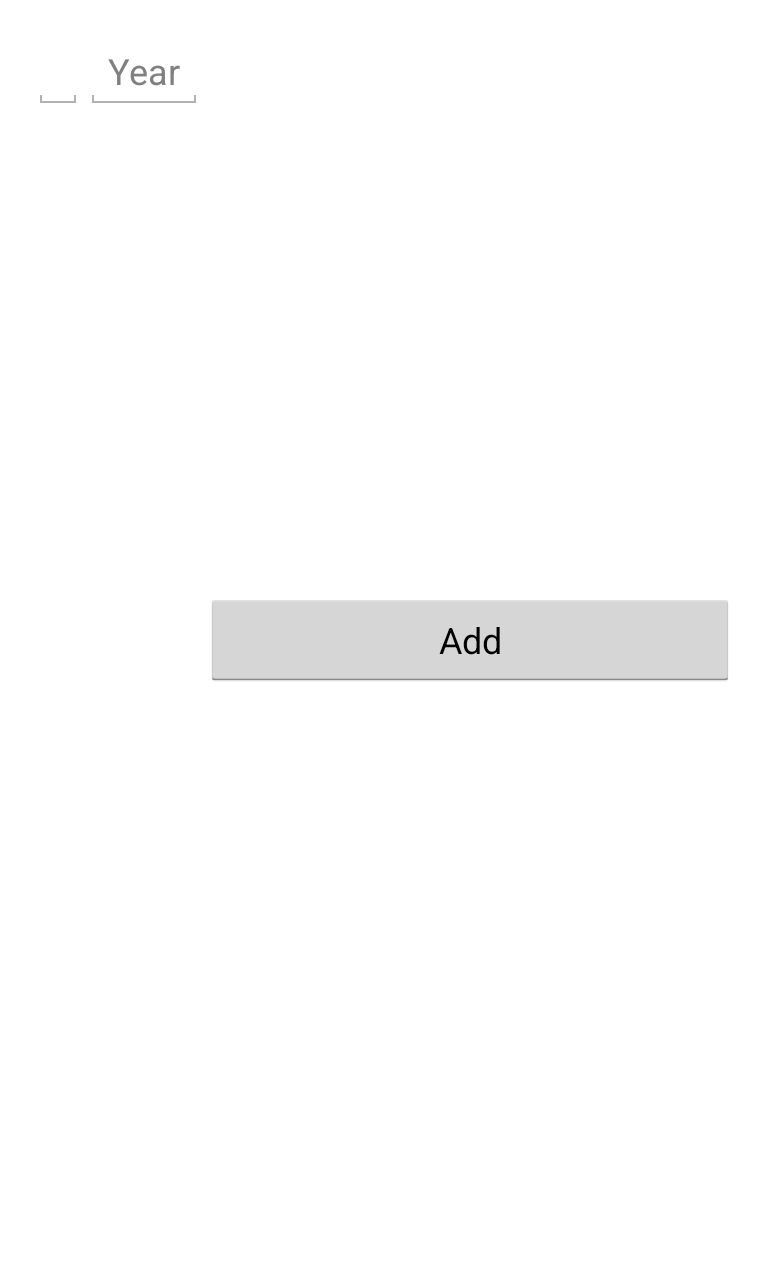
Repository: me222rs/AndroidLab1
Layout: MyCountries/res/layout/activity_my_counties.xml
The author's editor kept a copy of each file at every save. The layout is drawn from the files as they stood at one save, then again after the next save.
It is drawn on a 768 x 1280 px phone screen (xhdpi) without system bars, with theme AppTheme; the app's code is not run.

Above is the layout before, as saved 2014-11-19 10:01:33.

After the next save:
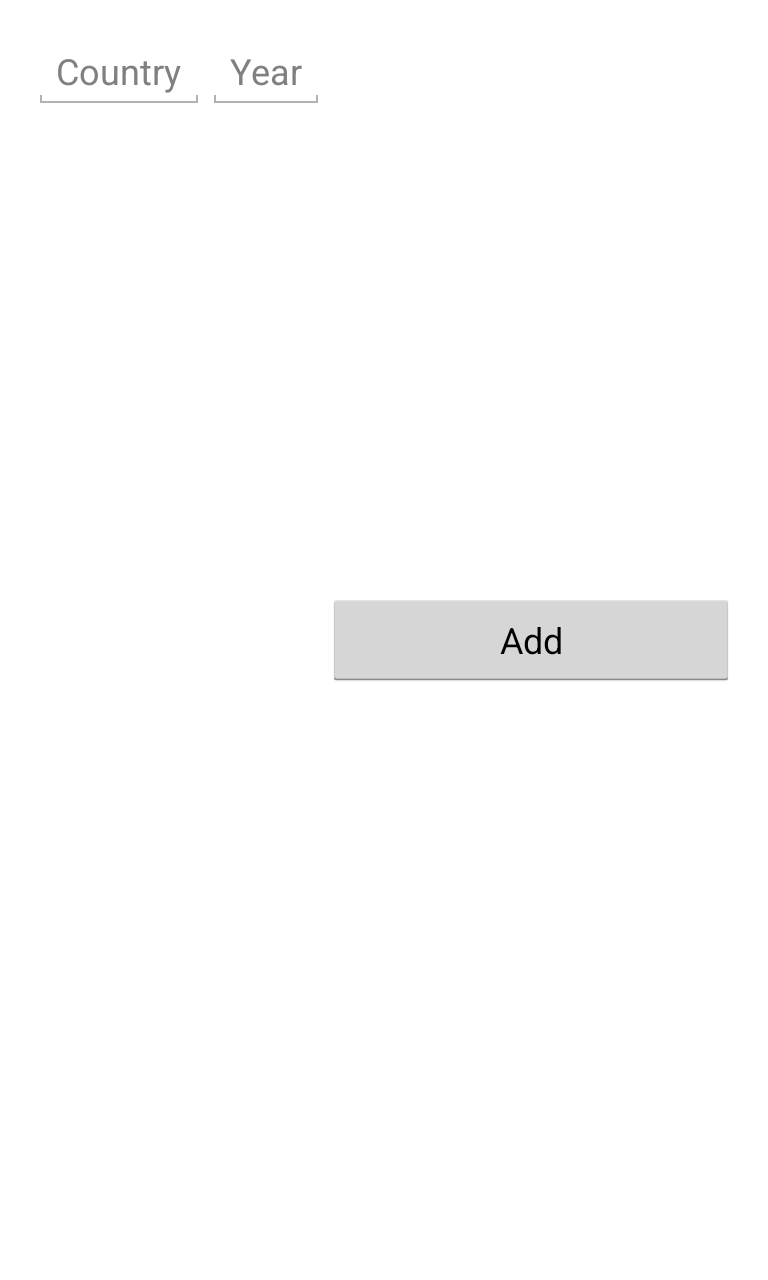
Saved 16 s later.
--- a/MyCountries/res/layout/activity_my_counties.xml
+++ b/MyCountries/res/layout/activity_my_counties.xml
@@ -13,6 +13,7 @@
 	    <EditText android:id="@+id/addCountry"
 		android:layout_width="wrap_content"
 		android:layout_height="wrap_content"
+		android:hint="Country"
 		/>
 
 	    <EditText android:id="@+id/addYear"
